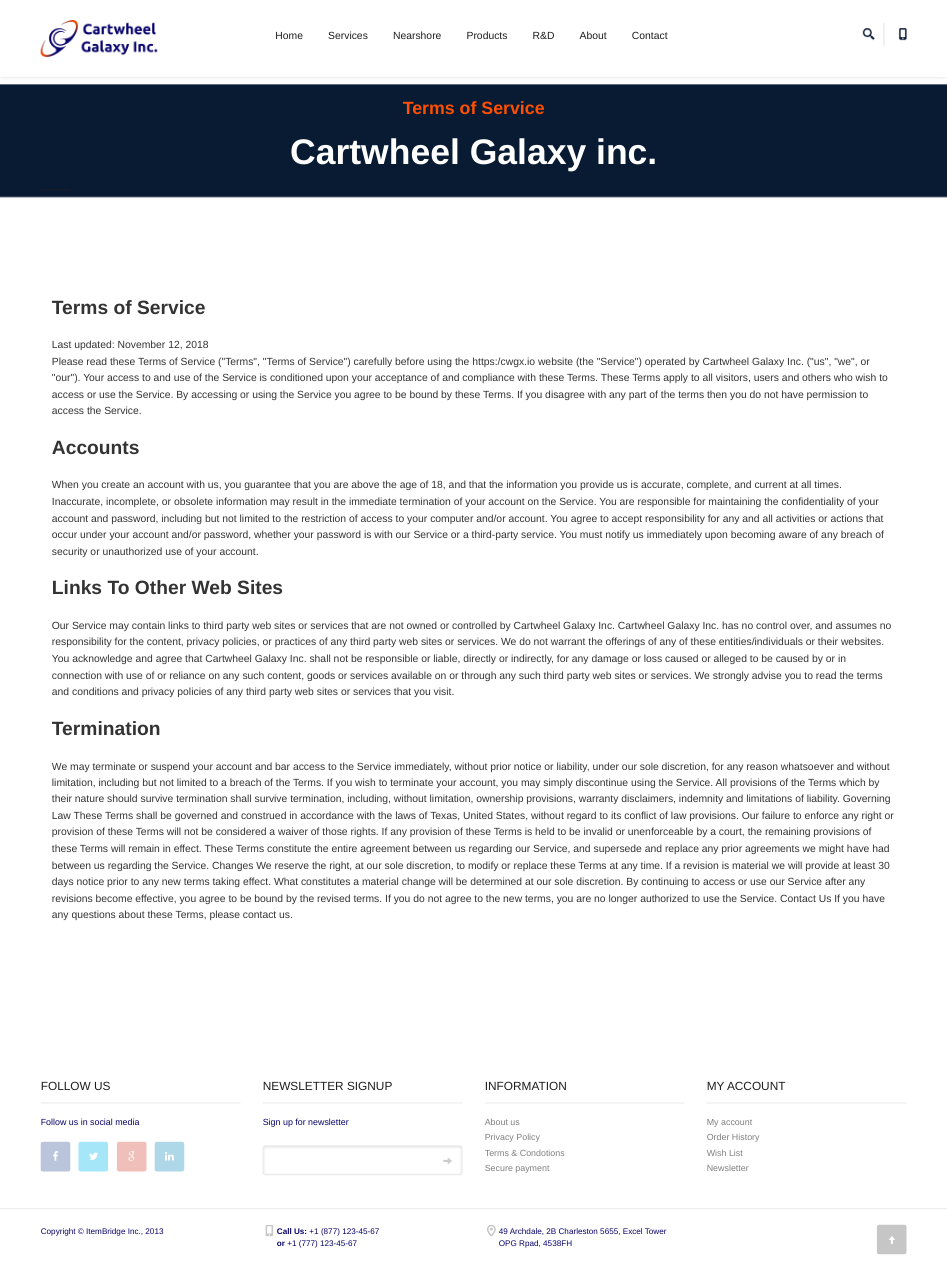
Repository: g-tecio/cwgx.io
Page: terms.html
The author's editor kept a record of every edit. The page is drawn from the files as they stood at one moment, then again after the next edit.
The browser window is 1280 px wide. The pictures show the whole page, at 74% of full size.

Above is the page before.

After the next edit:
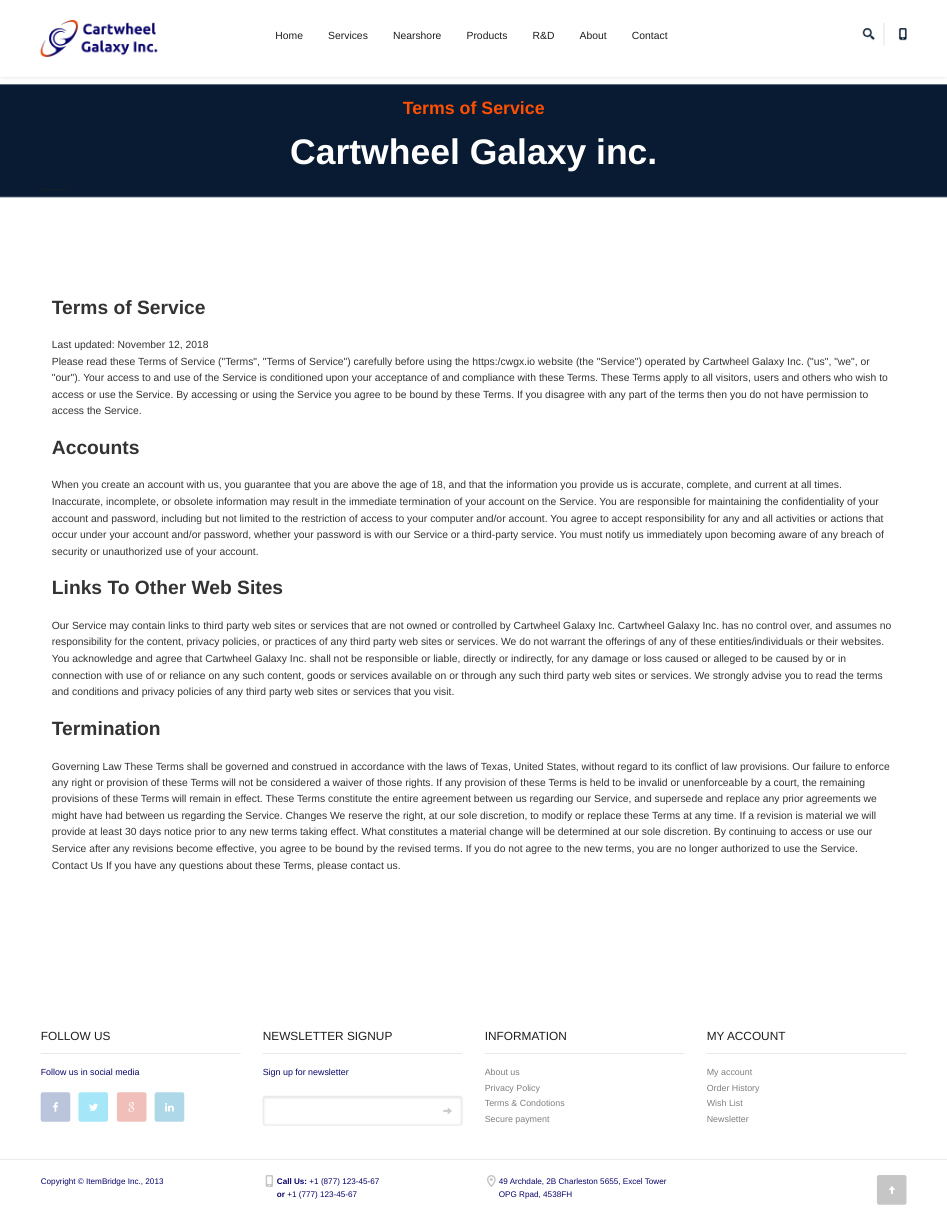
The edit:
--- a/terms.html
+++ b/terms.html
@@ -202,9 +202,6 @@
 <p>
 
 </p>
-We may terminate or suspend your account and bar access to the Service immediately, without prior notice or liability, under our sole discretion, for any reason whatsoever and without limitation, including but not limited to a breach of the Terms.
-If you wish to terminate your account, you may simply discontinue using the Service.
-All provisions of the Terms which by their nature should survive termination shall survive termination, including, without limitation, ownership provisions, warranty disclaimers, indemnity and limitations of liability.
 Governing Law
 These Terms shall be governed and construed in accordance with the laws of Texas, United States, without regard to its conflict of law provisions.
 Our failure to enforce any right or provision of these Terms will not be considered a waiver of those rights. If any provision of these Terms is held to be invalid or unenforceable by a court, the remaining provisions of these Terms will remain in effect. These Terms constitute the entire agreement between us regarding our Service, and supersede and replace any prior agreements we might have had between us regarding the Service.
